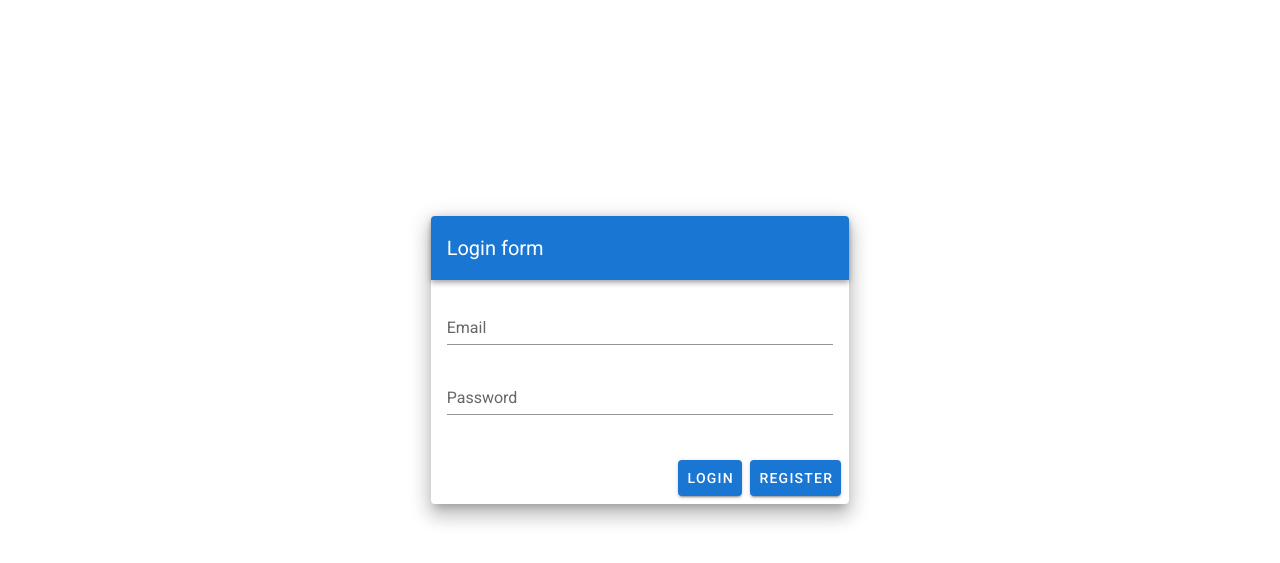
Repository: pao741/vue-todo
Page: /#/HelloWorld
An editor plug-in stored every save of this project. The page is shown before and after the next save, followed by the edit.
The browser window is 1280 px wide. The pictures show the whole page.
The page's requests for data from a server got no answer. The project was rebuilt for these pictures with package versions that can differ from the ones it lists, and the page was loaded fresh each time. No one was signed in, and anything a server would have sent is missing. Also part of the build but not shown: vue.config.js, src/components/Main.vue, src/components/Register.vue, src/components/HelloWorld.vue.

Above is the page before, as saved 2021-02-08 17:09:14.

After the next save:
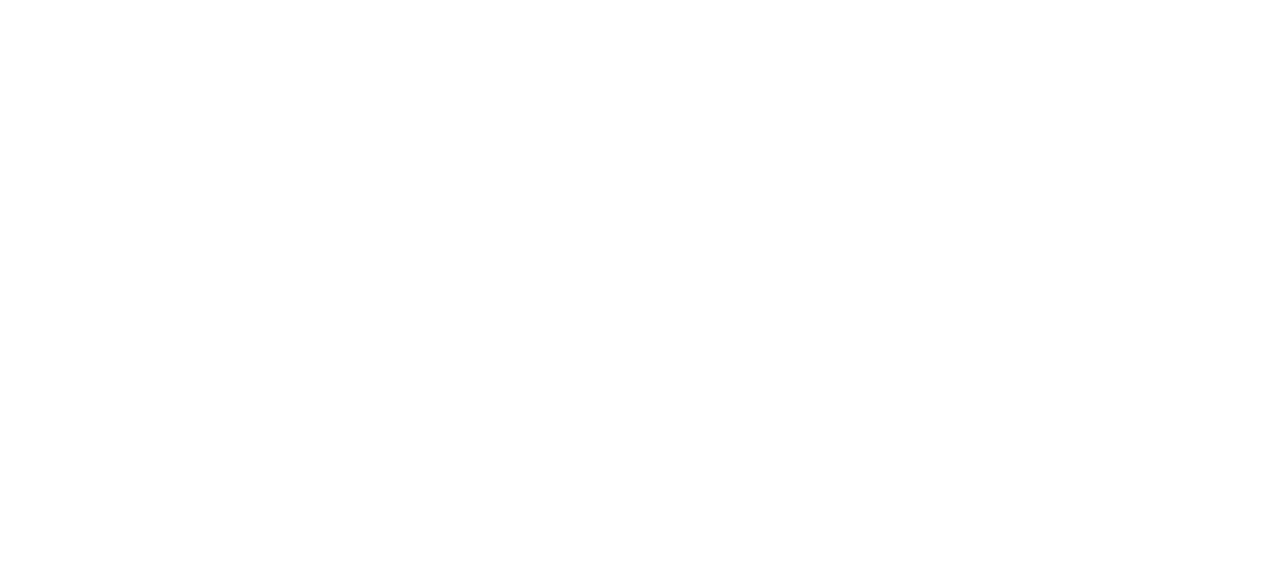
Saved 2 min 17 s later.
--- a/src/App.vue
+++ b/src/App.vue
@@ -1,19 +1,19 @@
 <template>
   <v-app>
     <v-main>
-      <Login />
+      <!-- <Login /> -->
     </v-main>
   </v-app>
 </template>
 
 <script>
-import Login from "./components/Login";
+// import Login from "./components/Login";
 
 export default {
   name: "App",
 
   components: {
-    Login
+    // Login
   },
 
   data: () => ({

After the save that followed:
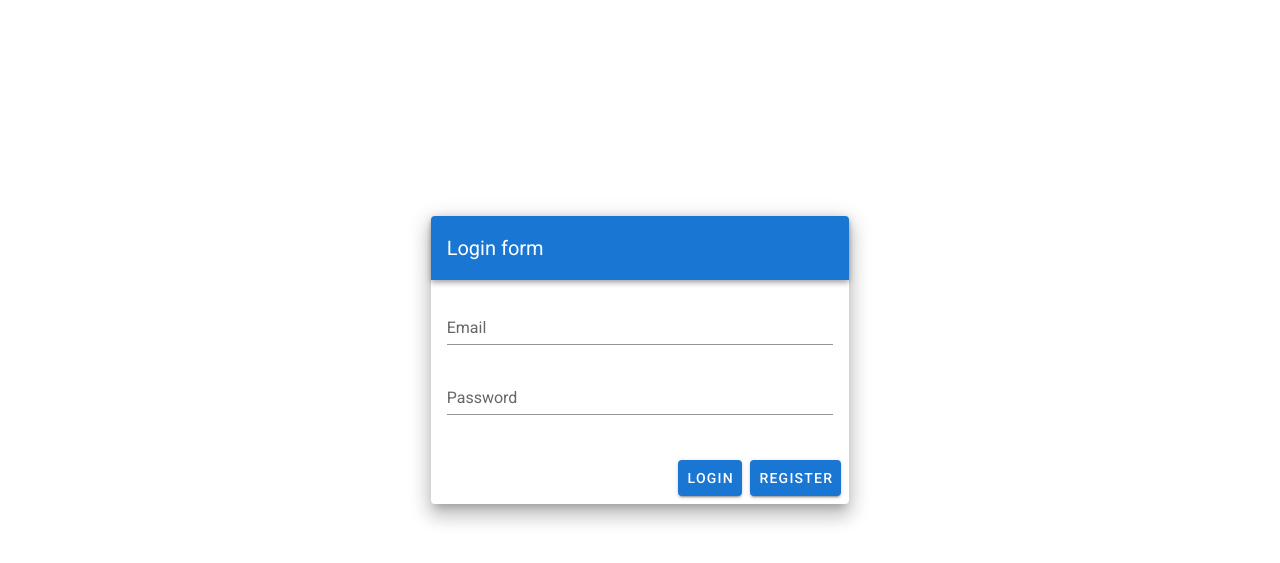
Saved 21 s later.
--- a/src/App.vue
+++ b/src/App.vue
@@ -1,19 +1,19 @@
 <template>
   <v-app>
     <v-main>
-      <!-- <Login /> -->
+      <Login />
     </v-main>
   </v-app>
 </template>
 
 <script>
-// import Login from "./components/Login";
+import Login from "./components/Login";
 
 export default {
   name: "App",
 
   components: {
-    // Login
+    Login
   },
 
   data: () => ({
